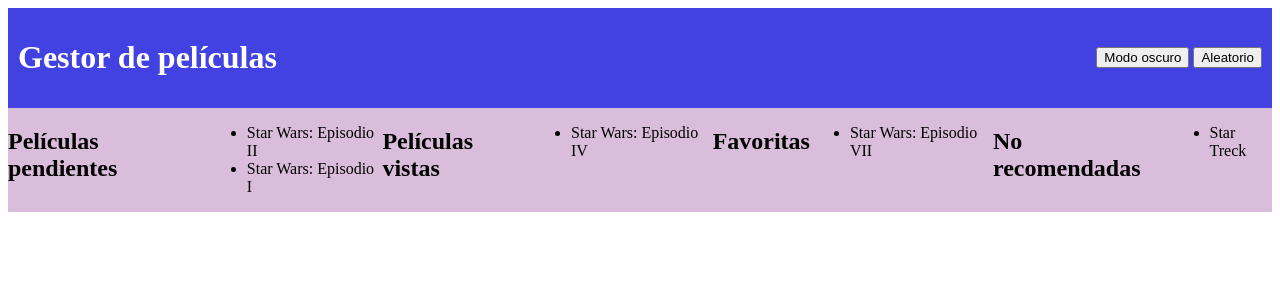
Repository: alvarobarasona/DAW_2
Page: DIW/EXAMEN_SEGUNDA_EV/public/index.html
The author's editor kept a copy of each file at every save. The page is drawn from the files as they stood at one save, then again after the next save.
The browser window is 1280 px wide. The pictures show the whole page.
The style sheet was rebuilt from its Sass, Less or Tailwind sources for each picture, by a compiler version that may differ from the author's.

Above is the page before, as saved 2024-03-04 17:17:15.

After the next save:
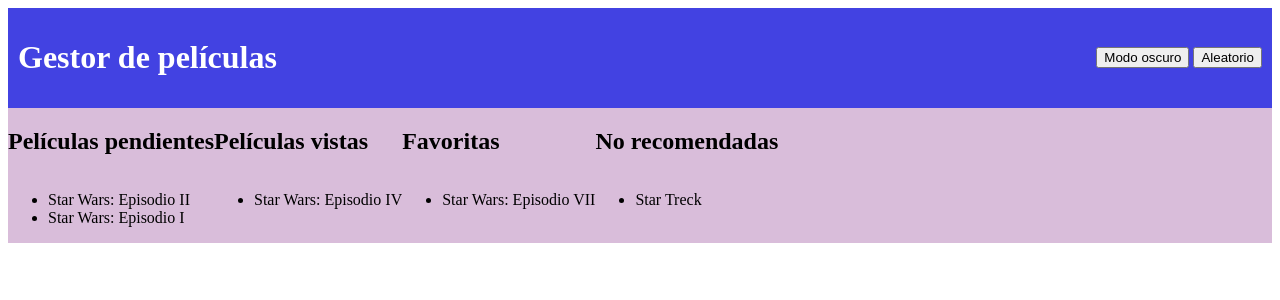
Saved 5 s later.
--- a/DIW/EXAMEN_SEGUNDA_EV/public/scss/style.scss
+++ b/DIW/EXAMEN_SEGUNDA_EV/public/scss/style.scss
@@ -13,5 +13,5 @@ main {
 }
 
 .movies-column {
-    @include aparience(row, $main_bgc, $movies_font_color);
+    @include aparience(column, $main_bgc, $movies_font_color);
 }
